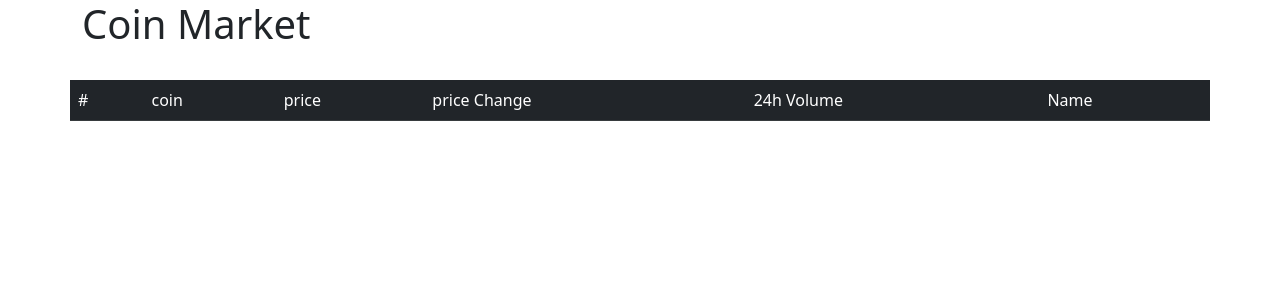
Repository: Ellisvelandia/react-coingecko-api
Page: /
The author's editor kept a copy of each file at every save. The page is drawn from the files as they stood at one save, then again after the next save.
The browser window is 1280 px wide. The pictures show the whole page.
The page's requests for data from a server got no answer. The project was rebuilt for these pictures with package versions that can differ from the ones it lists, and the page was loaded fresh each time. No one was signed in, and anything a server would have sent is missing. Also part of the build but not shown: src/index.css, src/App.css, src/components/CoinRow.js.

Above is the page before, as saved 2022-09-11 23:26:46.

After the next save:
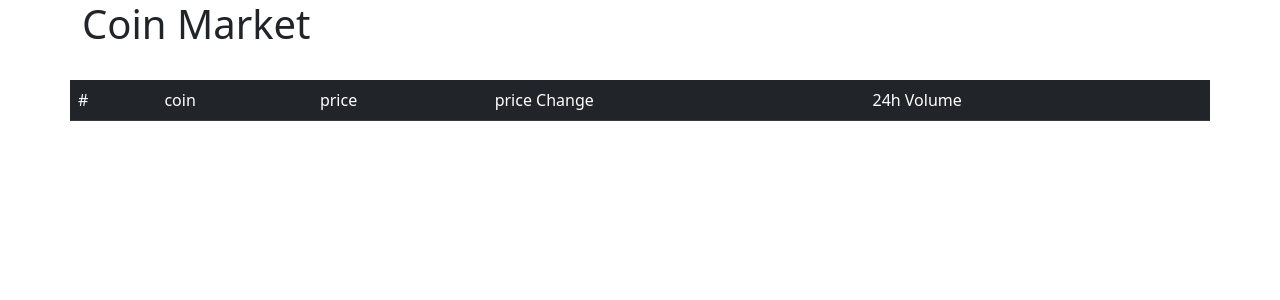
Saved 68 s later.
--- a/src/components/TableCoins.js
+++ b/src/components/TableCoins.js
@@ -11,7 +11,6 @@ const TableCoins = ({ coins }) => {
           {titles.map((title) => (
             <td>{title}</td>
           ))}
-          <td>Name</td>
         </tr>
       </thead>
       <tbody>
